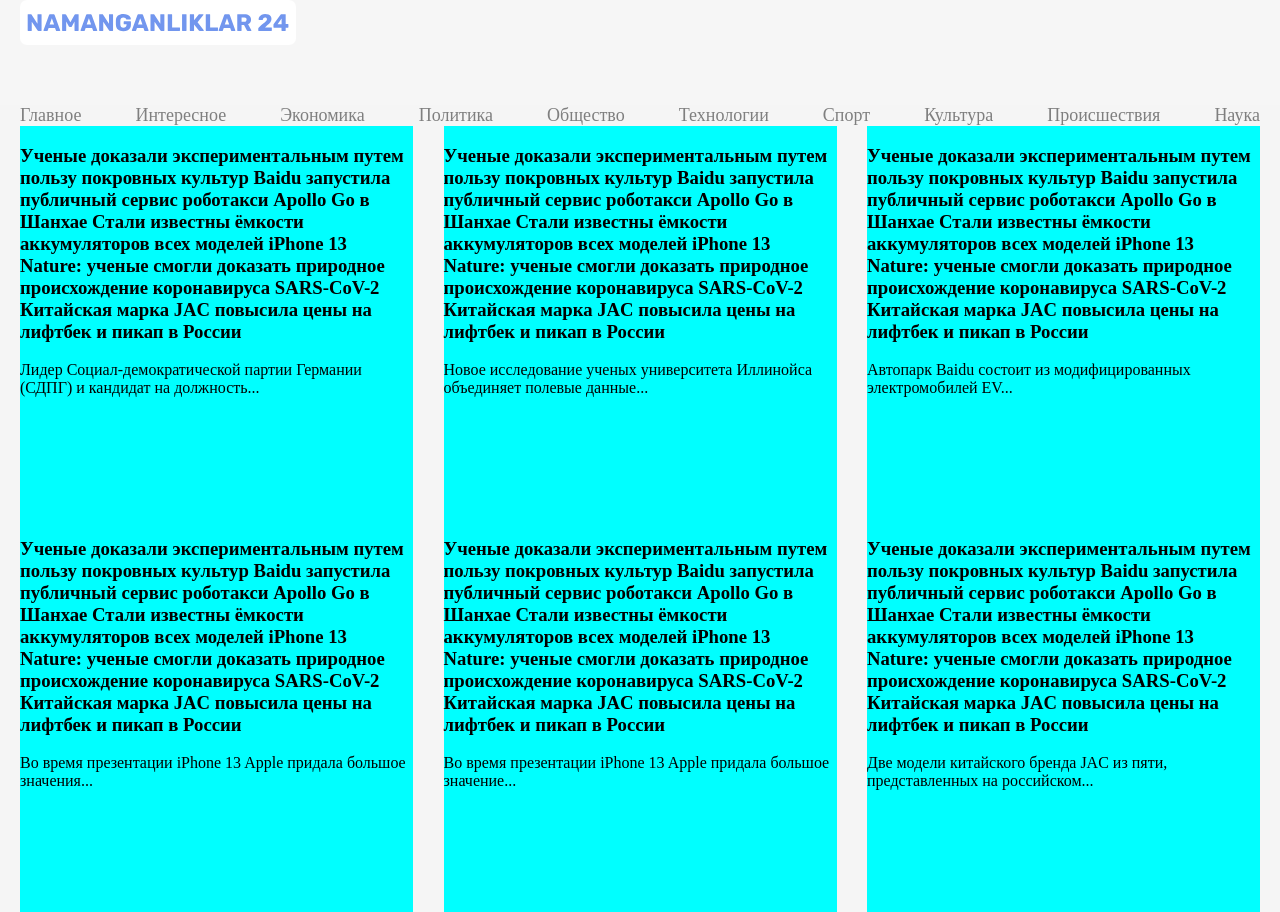
Repository: UlugbekAbdurasulov/projekt
Page: index.html
These files come from the project's save history. The page is drawn as it stood at one moment and after a run of saves; the edit follows.
The browser window is 1280 px wide. The pictures show the whole page.

Above is the page before, as saved 2023-05-29 16:46:14.

After the next 2 saves:
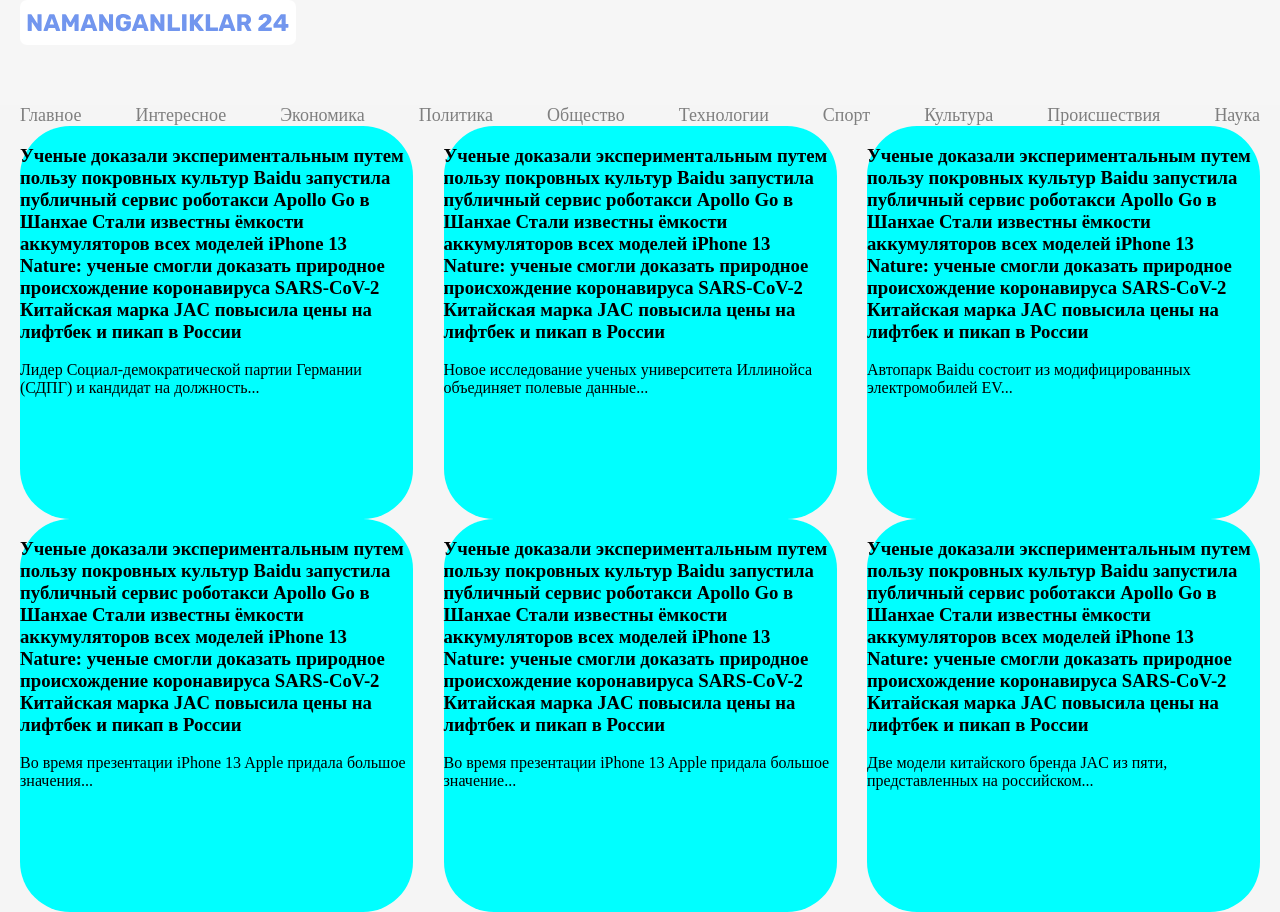
The 2 saves are shown as one change because they came seconds apart.
The last was saved 6 s later.
--- a/css/main.css
+++ b/css/main.css
@@ -62,5 +62,5 @@ color: #7F7F7F;
     height: 393px;
     margin: 0px;
     background-color:aqua;
-    b
+    border-radius: 50px;
   }
